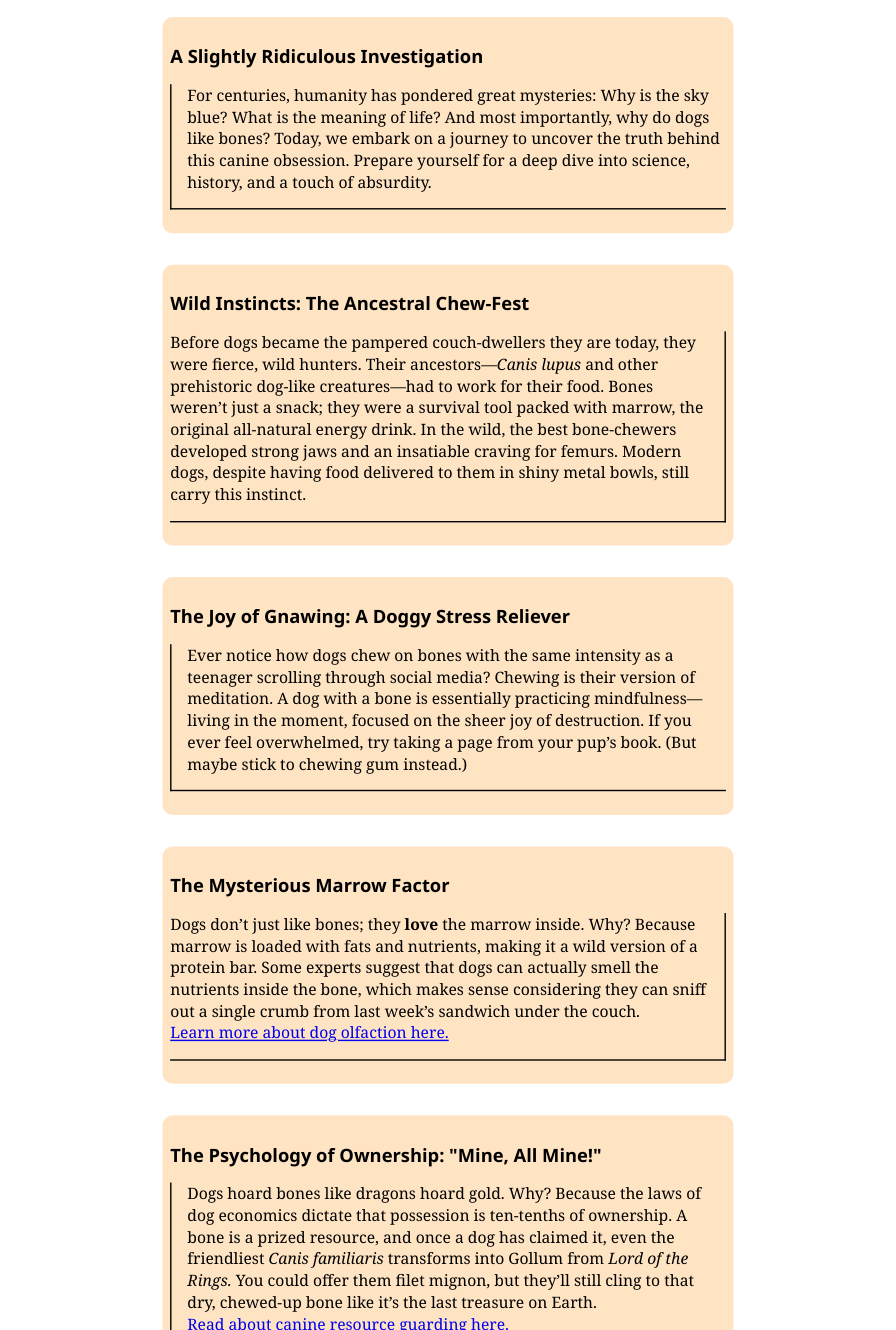
Repository: Leith-vdl/apprentice-challenge-1
Page: index.html
An editor plug-in stored every save of this project. The page is shown before and after the next save, followed by the edit.
The browser window is 1280 px wide. The pictures show the part of the page from y = 95 to 1995 px (the page is 2900 px tall before and 3117 px after), at 70% of full size.
A picture or video elsewhere on the page could not be fetched, so the positions and the page height are approximate.

Above is the page before, as saved 2025-01-31 16:08:56.

After the next save:
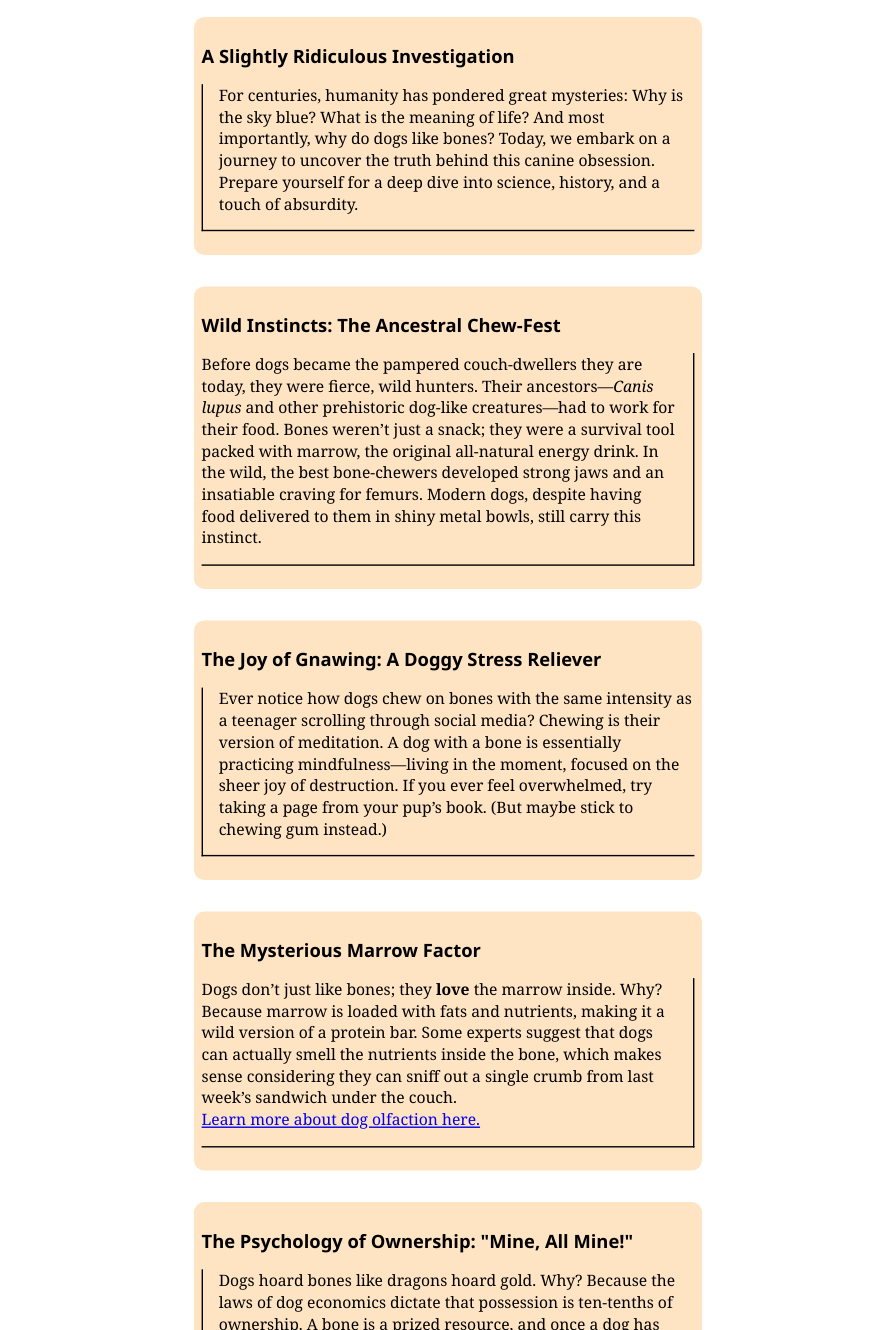
Saved 31 s later.
--- a/styles/styles.css
+++ b/styles/styles.css
@@ -25,7 +25,7 @@ h1.page-header-title, h3.section-title {
 
 section {
     background-color: bisque;
-    margin: 2em 0em;
+    margin: 2em ;
     padding: 0.5em;
     border-radius: 15px;
 }
